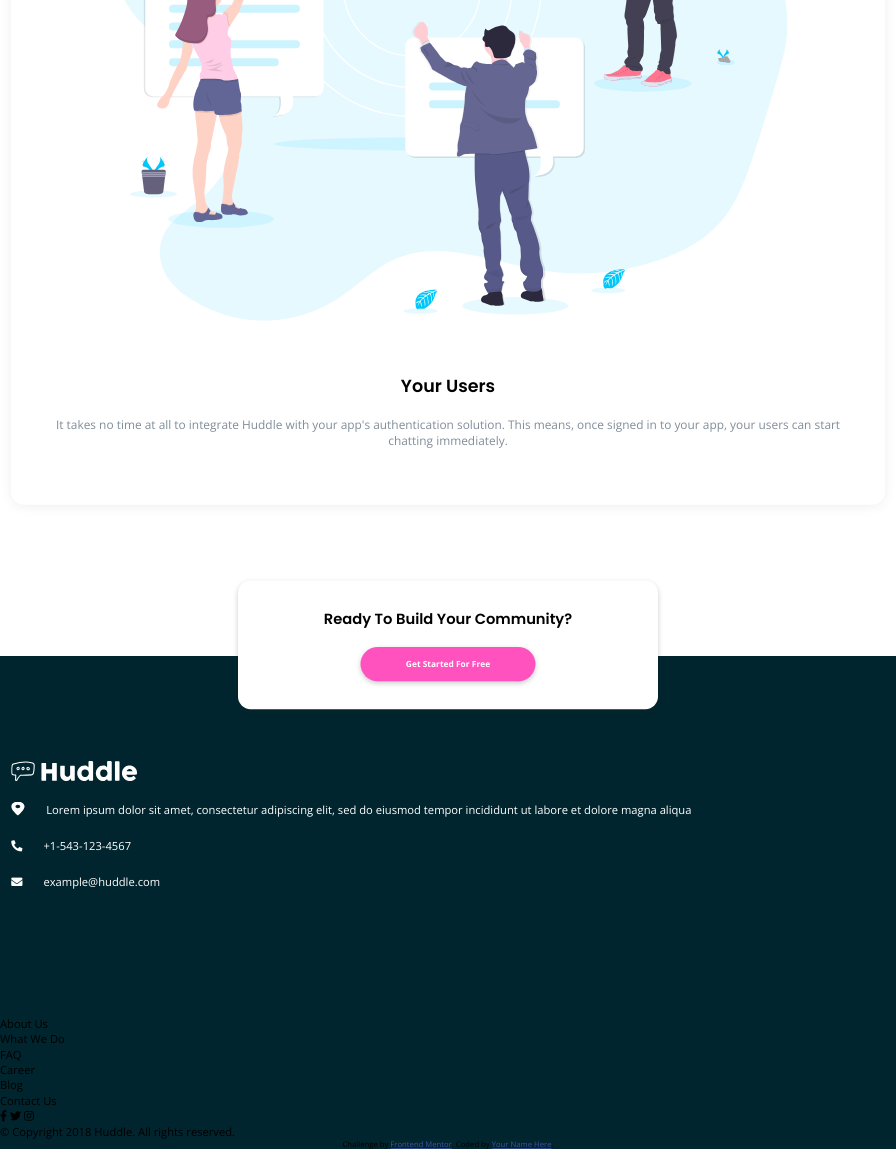
Repository: DejV44/Huddle-landing-page
Page: index.html
These files come from the project's save history. The page is drawn as it stood at one moment and after the next save; the edit follows.
The browser window is 1280 px wide. The pictures show the part of the page from y = 3923 to 5843 px (the page is 5565 px tall before and 5843 px after), at 70% of full size.
The style sheet was rebuilt from its Sass, Less or Tailwind sources for each picture, by a compiler version that may differ from the author's.

Above is the page before, as saved 2021-08-20 11:31:34.

### index.html
<!DOCTYPE html>
<html lang="en">
<head>
  <meta charset="UTF-8">
  <meta name="viewport" content="width=device-width, initial-scale=1.0"> <!-- displays site properly based on user's device -->
  <link rel="stylesheet" href="/css/style.css">
  <link rel="stylesheet" href="/fontawesome-free-5.15.3-web/css/all.css">
  <link rel="icon" type="image/png" sizes="32x32" href="./images/favicon-32x32.png">

  <title>Frontend Mentor | Huddle landing page with alternating feature blocks</title>

</head>
<body>
  <header>
    <div class="nav">
      <div class="logo">
        <img src="/images/logo.svg" alt="logo">
      </div>
      <a href="#">Try It Free</a>
    </div>
    <content class="main">
      <article class="building">
        <h1>Build The Community Your Fans Will Love</h1>
        <h3> Huddle re-imagines the way we build communities. You have a voice, but so does your audience.
        Create connections with your users as you engage in genuine discussion.</h3>
        <a class="main-btn" href="#">Get Started For Free</a>
      </article>
      <div class="img-main">
        <img class="img" src="/images/illustration-mockups.svg" alt="">
      </div>
    </content>

  </header>
  <section class="cards">
    <div class="card-one">
      <div class="img-cards">
        <img src="/images/illustration-grow-together.svg" alt="">
      </div>
      <content class="card">
        <h2>Grow Together</h2>
        <p>Generate meaningful discussions with your audience and build a strong, loyal community.
        Think of the insightful conversations you miss out on with a feedback form.</p>
      </content>
    </div>
    <div class="card-two">
      <div class="img-cards">
        <img src="/images/illustration-flowing-conversation.svg" alt="">
      </div>
      <content class="card">
        <h2>Flowing Conversations</h2>
        <p>You wouldn't paginate a conversation in real life, so why do it online? Our threads
        have just-in-time loading for a more natural flow.</p>
      </content>
    </div>
    <div class="card-three">
      <div class="img-cards">
        <img src="/images/illustration-your-users.svg" alt="">
      </div>
      <content class="card">
        <h2>Your Users</h2>
        <p>It takes no time at all to integrate Huddle with your app's authentication solution.
        This means, once signed in to your app, your users can start chatting immediately.</p>
      </content>
    </div>
    <container class="ready">
      <h2>Ready To Build Your Community?</h2>
      <a href="#">Get Started For Free</a>
    </container>
  </section>
  <footer>
    <container class="footer">
      <div class="section1">
        <img src="/images/logoWhite.svg" alt="logo">
        <div class="info">
          <img src="/images/icon-location.svg" alt="location">
          <p>Lorem ipsum dolor sit amet, consectetur adipiscing elit, sed do eiusmod tempor
          incididunt ut labore et dolore magna aliqua</p>
        </div>
        <li><i class="fas fa-phone-alt"></i></i><a href="tel:+1-543-123-4567">+1-543-123-4567</a></li>
        <li><i class="fa fa-envelope" aria-hidden="true"></i><a href="example@huddle.com">example@huddle.com</a></li>
      </div>
      <div class="section2">
        <ul>
          <li>About Us</li>
          <li>What We Do</li>
          <li>FAQ</li>
        </ul>
      </div>
      <div class="section3">
        <ul>
          <li>Career</li>
          <li>Blog</li>
          <li>Contact Us</li>
        </ul>
      </div>
      <div class="copyright">
        <div class="social">
          <span><i class="fab fa-facebook-f"></i></span>
          <span><i class="fab fa-twitter"></i></span>
          <span><i class="fab fa-instagram"></i></span>
        </div>
        <p>&copy; Copyright 2018 Huddle. All rights reserved.</p>
      </div>
    </container>
  </footer>













  <footer>
    <p class="attribution">
      Challenge by <a href="https://www.frontendmentor.io?ref=challenge" target="_blank">Frontend Mentor</a>.
      Coded by <a href="#">Your Name Here</a>.
    </p>
  </footer>
</body>
</html>

### css/style.scss
* {
    margin: 0;
    padding: 0;
    //font-family: 'Poppins', sans-serif;
    -webkit-font-smoothing: antialiased;
}

body {
    font-family: 'Open Sans', sans-serif;
}

// ---FONTS---
@import url('https://fonts.googleapis.com/css2?family=Open+Sans:wght@400;700&display=swap');
@import url('https://fonts.googleapis.com/css2?family=Poppins:wght@600&display=swap');

@import "variables";
@import "mixin";

@import "cards";
@import "header";
@import "footer";

### css/_variables.scss
$Pink: hsl(322, 100%, 66%);
$VeryPaleCyan: hsl(193, 100%, 96%);
$VeryDarkCyan: hsl(192, 100%, 9%);
$GrayishBlue: hsl(208, 11%, 55%);

### css/_mixin.scss
@mixin cards {
    display: flex;
    flex-direction: column;
    margin: 3rem auto 1rem auto;
    text-align: center;
    box-shadow: rgba(0, 0, 0, 0.068) 0px 2px 18px;
    border-radius: 18px;
    align-items: center;



    .card {
        display: block;
        margin: auto 3rem;
        h2 {
            padding-bottom: 1.5rem;
            font-size: 25px;
            font-family: 'Poppins', sans-serif
        }
        p {
            display: block;
            font-size: 17px;
            color: $GrayishBlue;
            padding-bottom: 3rem;
            margin-bottom: 2rem;

        }
    }
    .img-cards {
        display: block;
        padding: 30px 50px;
        margin: auto;

            img {
                width: 90%;
                margin: 40px auto;
            }
    }
}

### css/_cards.scss
.cards {
    padding: 1rem;
    margin: 0 auto;
    box-sizing: border-box;


    .card-one, .card-two, .card-three {
        @include cards;
    }

    .ready {
        display: block;
        box-sizing: border-box;
        text-align: center;
        transform: translateY(50%);
        background-color: white;
        margin: 0 auto;
        padding: 1rem 1rem;
        box-shadow: rgba(39, 39, 39, 0.24) 0px 3px 8px;
        max-width: 600px;
        text-align: center;
        align-items: center;
        border-radius: 18px;
        h2 {
            font-size: 21px;
            font-family: 'Poppins', sans-serif;
            margin: 1.5rem auto;
        }

        a {
            display: block;
            text-decoration: none;
            font-weight: 600;
            font-size: 12px;
            margin: 1.5rem auto;
            padding: 1rem 0;
            max-width: 250px;
            border-radius: 30px;
            background: $Pink;
            color: white;
            box-shadow: rgba(39, 39, 39, 0.24) 0px 3px 8px;
        }
    }

}

### css/_header.scss
header {
    background: url(/images/bg-hero-mobile.svg);
    background-color: rgb(241, 241, 255);
    background-size: contain;
    background-position: center;
    background-repeat: no-repeat;
    text-align: center;

    .nav {
        display: flex;
        justify-content: space-between;
        padding: 2rem 1.6rem;


        img {
            width: 120px;
        }

        a {
            text-decoration: none;
            font-size: 13px;
            font-weight: 600;
            margin-top: -4px;
            padding: 0.3rem 1.7rem;
            background-color: white;
            border-radius: 25px;
            box-shadow: rgba(99, 99, 99, 0.24) 0px 3px 8px;
        }

    }
    .main {

        margin: 0 auto;

        .building {
            margin: 4rem 3rem 2rem 3rem;



            h1 {
                margin: 0 1rem;
                font-size: 28px;
                font-family: 'Poppins', sans-serif
            }

            h3 {
                font-weight: 400;
                font-size: 18px;
                margin: 1.5rem 0;
                line-height: 30px;
            }

            .main-btn {

                display: block;
                text-decoration: none;
                font-weight: 600;
                font-size: 12px;
                margin: 1.5rem auto;
                padding: 1rem 0;
                max-width: 280px;
                border-radius: 30px;
                background: $Pink;
                color: white;
                box-shadow: rgba(39, 39, 39, 0.24) 0px 3px 8px;
            }

        }
        .img-main {
            padding: 15px 50px;

            .img {
                width: 100%;
                margin-bottom: 40px;
            }
        }
    }


}

### css/_footer.scss
footer {
    background-color: $VeryDarkCyan;
     .section1 {
         padding: 150px 1rem;
         color: white;

         img {
             width: 180px;
             padding-bottom: 1.5rem;
         }

         .info {
             display: flex;
              img {
                  width: 20px;
                  height: 20px;
                  margin-right: 30px;
              }
              p {
                  padding-bottom: 30px;
              }
         }


        li {
            list-style: none;
            padding-bottom: 30px;
            a {
                padding-left: 30px;
                text-decoration: none;
                color: white;
            }
        }
    }
}





.attribution {
    font-size: 11px; text-align: center;
}
.attribution a {
    color: hsl(228, 45%, 44%);
}

Loaded but not shown: fontawesome-free-5.15.3-web/css/all.css (library)

After the next save:
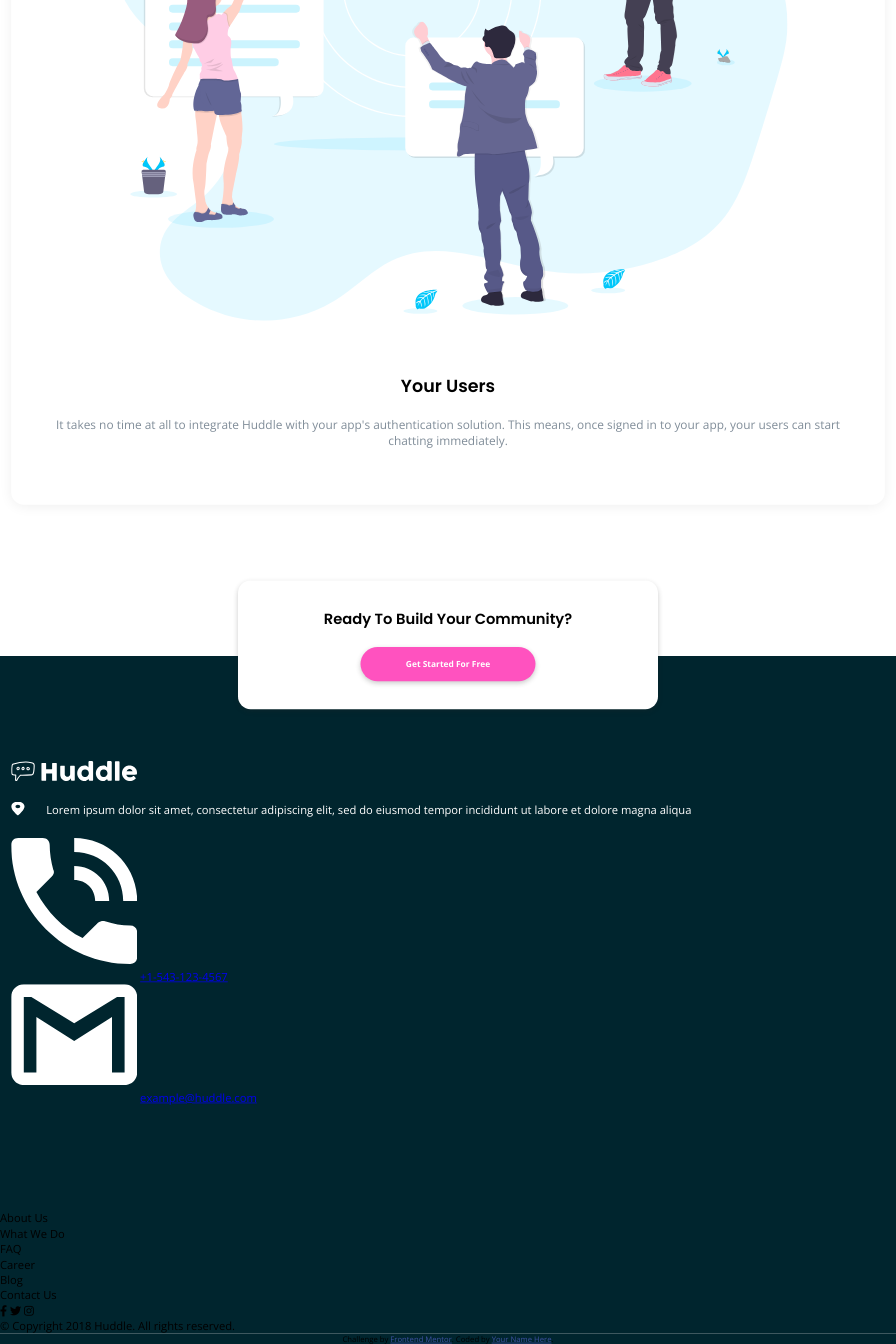
Saved 3 min 29 s later.
--- a/index.html
+++ b/index.html
@@ -76,8 +76,14 @@
           <p>Lorem ipsum dolor sit amet, consectetur adipiscing elit, sed do eiusmod tempor
           incididunt ut labore et dolore magna aliqua</p>
         </div>
-        <li><i class="fas fa-phone-alt"></i></i><a href="tel:+1-543-123-4567">+1-543-123-4567</a></li>
-        <li><i class="fa fa-envelope" aria-hidden="true"></i><a href="example@huddle.com">example@huddle.com</a></li>
+        <div class="phone">
+          <img src="/images/icon-phone.svg" alt="phone">
+          <a href="tel:+1-543-123-4567">+1-543-123-4567</a>
+        </div>
+        <div class="mail">
+          <img src="/images/icon-email.svg" alt="email">
+          <a href="example@huddle.com">example@huddle.com</a>
+        </div>
       </div>
       <div class="section2">
         <ul>
